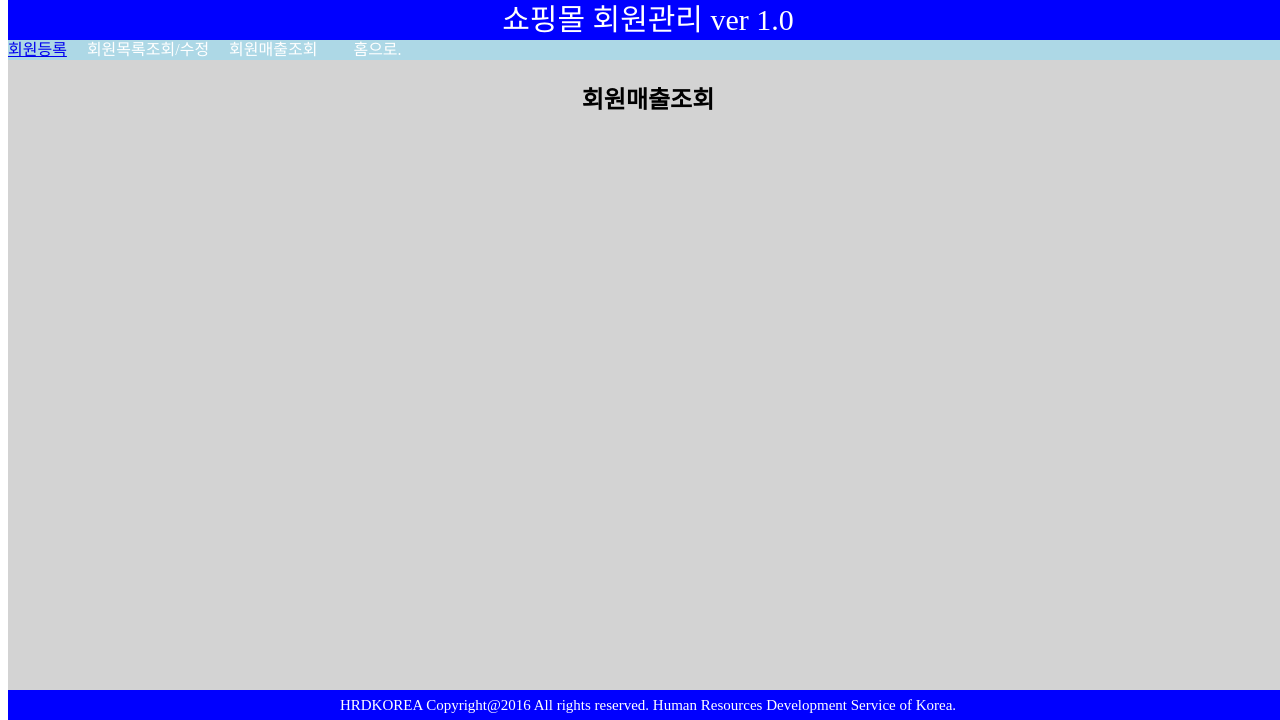
Repository: leesuyeon116/HRD_1
Page: http://localhost/HRD_0416/salary.jsp
These files come from the project's save history. The page is drawn as it stood at one moment and after the next save; the edit follows.
The browser window is 1280 px wide. The pictures show the whole page.
The page is served by Tomcat 9.

Above is the page before, as saved 2024-04-17 01:31:04.

After the next save:
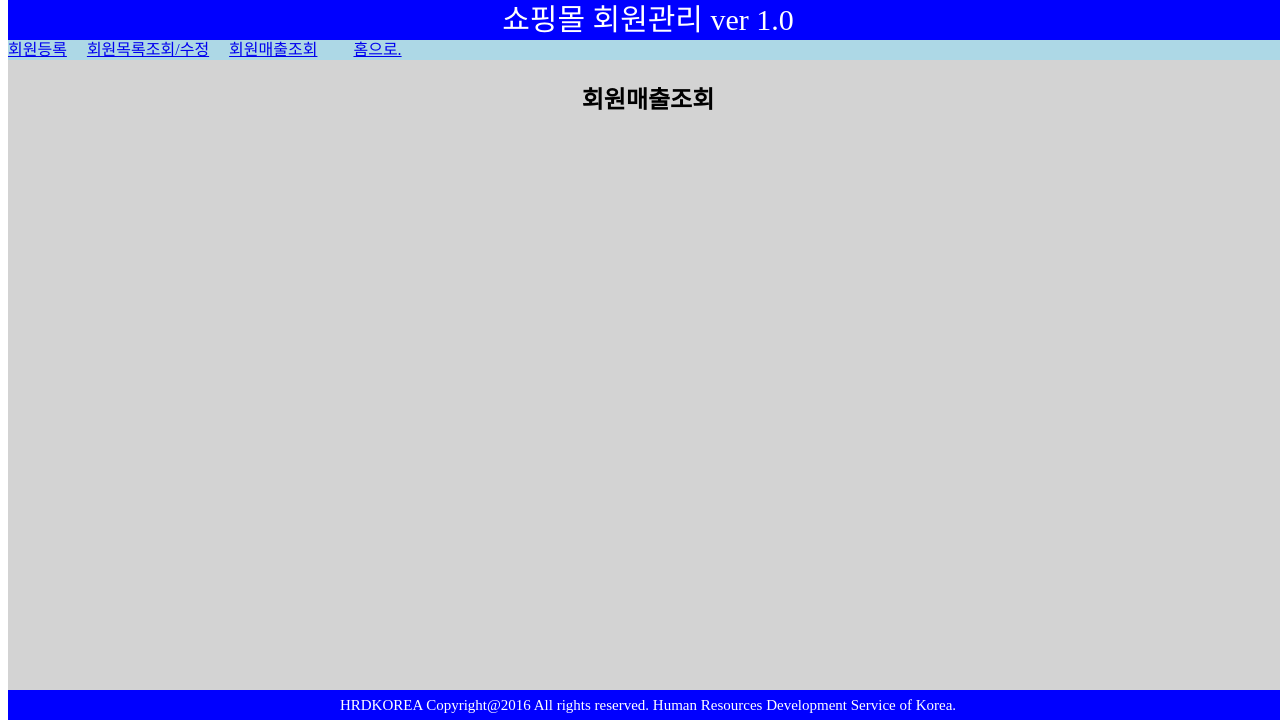
Saved 2 min 15 s later.
--- a/HRD_0416/src/main/webapp/header.jsp
+++ b/HRD_0416/src/main/webapp/header.jsp
@@ -11,9 +11,9 @@
 
     <nav style="position: fixed; top: 40px; width: 100%; height: 20px; background-color: lightblue; color: white; line-height: 20px;">
         <a href="join.jsp">회원등록</a> &nbsp; &nbsp;
-        회원목록조회/수정 &nbsp; &nbsp;
-        회원매출조회 &nbsp; &nbsp; &nbsp; &nbsp;
-        홈으로.
+        <a href="list.jsp">회원목록조회/수정</a> &nbsp; &nbsp;
+        <a href="salary.jsp">회원매출조회</a> &nbsp; &nbsp; &nbsp; &nbsp;
+        <a href="index.jsp">홈으로.</a>
     </nav>
 </body>
 </html>
